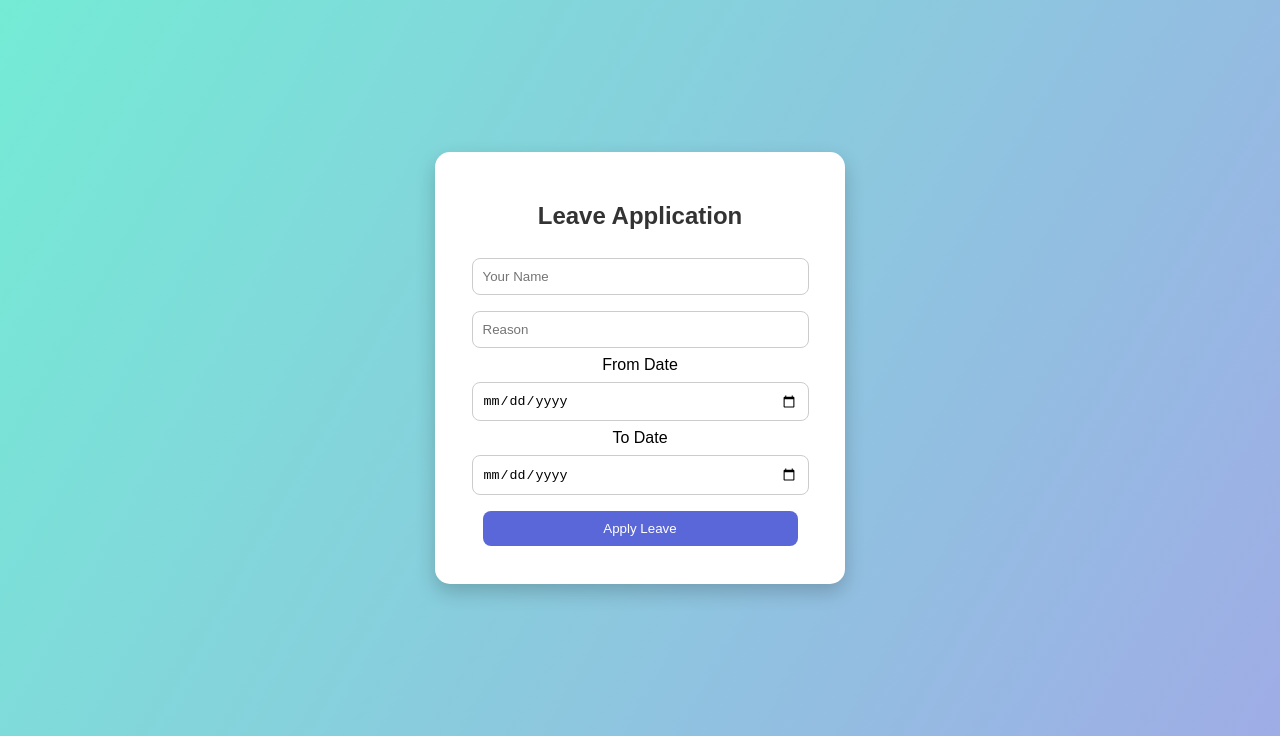
Repository: Pooja-1504/Siddesh_Assignments
Page: http://localhost/LeaveForm/leaveForm.jsp
These files come from the project's save history. The page is drawn as it stood at one moment and after the next save; the edit follows.
The browser window is 1280 px wide. The pictures show the whole page.
The page is served by Tomcat 9. Other server files are loaded and not shown.

Above is the page before, as saved 2026-02-19 13:15:07.

### Assignment - 7/LeaveForm/WebContent/leaveForm.jsp
<!DOCTYPE html>
<html>
<head>
<title>Leave Form</title>
<link rel="stylesheet" href="style.css">
</head>
<body>

<div class="container">
<h2>Leave Application</h2>

<form action="LeaveServlet" method="post">
<input type="text" name="name" placeholder="Your Name" required>
<input type="text" name="reason" placeholder="Reason" required>
<label>From Date</label>
<input type="date" name="from" required>

<label>To Date</label>
<input type="date" name="to" required>

<button type="submit">Apply Leave</button>
</form>

</div>
</body>
</html>

### Assignment - 7/LeaveForm/WebContent/style.css
body {
    font-family: Arial, sans-serif;
    background: linear-gradient(120deg, #74ebd5, #9face6);
    display: flex;
    justify-content: center;
    align-items: center;
    height: 100vh;
}

.container {
    background: white;
    padding: 30px;
    border-radius: 15px;
    box-shadow: 0 8px 20px rgba(0,0,0,0.2);
    width: 350px;
    text-align: center;
}

h2 {
    margin-bottom: 20px;
    color: #333;
}

input, button {
    width: 90%;
    padding: 10px;
    margin: 8px 0;
    border-radius: 8px;
    border: 1px solid #ccc;
}

button {
    background: #5a67d8;
    color: white;
    border: none;
    cursor: pointer;
}

button:hover {
    background: #434190;
}

After the next save:
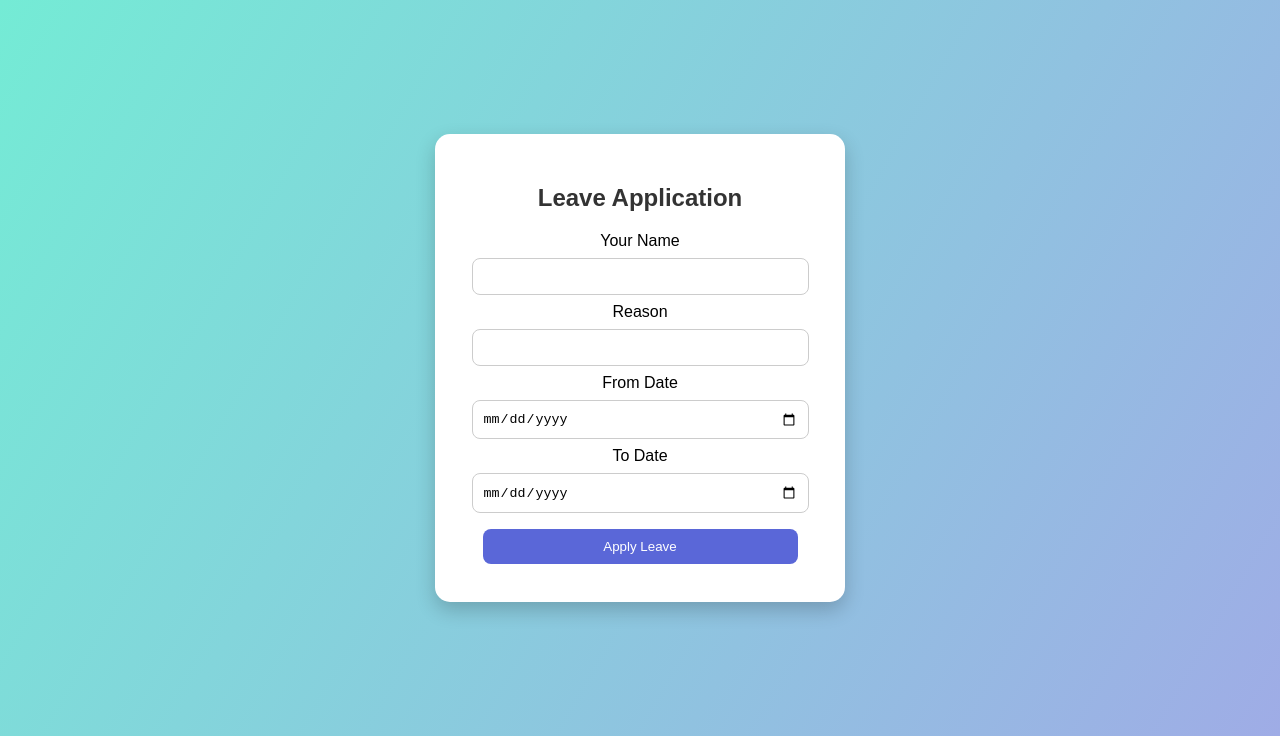
Saved 65 s later.
--- a/Assignment - 7/LeaveForm/WebContent/leaveForm.jsp
+++ b/Assignment - 7/LeaveForm/WebContent/leaveForm.jsp
@@ -10,11 +10,12 @@
 <h2>Leave Application</h2>
 
 <form action="LeaveServlet" method="post">
-<input type="text" name="name" placeholder="Your Name" required>
-<input type="text" name="reason" placeholder="Reason" required>
+<label>Your Name</label>
+<input type="text" name="name" required>
+<label>Reason</label>
+<input type="text" name="reason" required>
 <label>From Date</label>
 <input type="date" name="from" required>
-
 <label>To Date</label>
 <input type="date" name="to" required>
 
